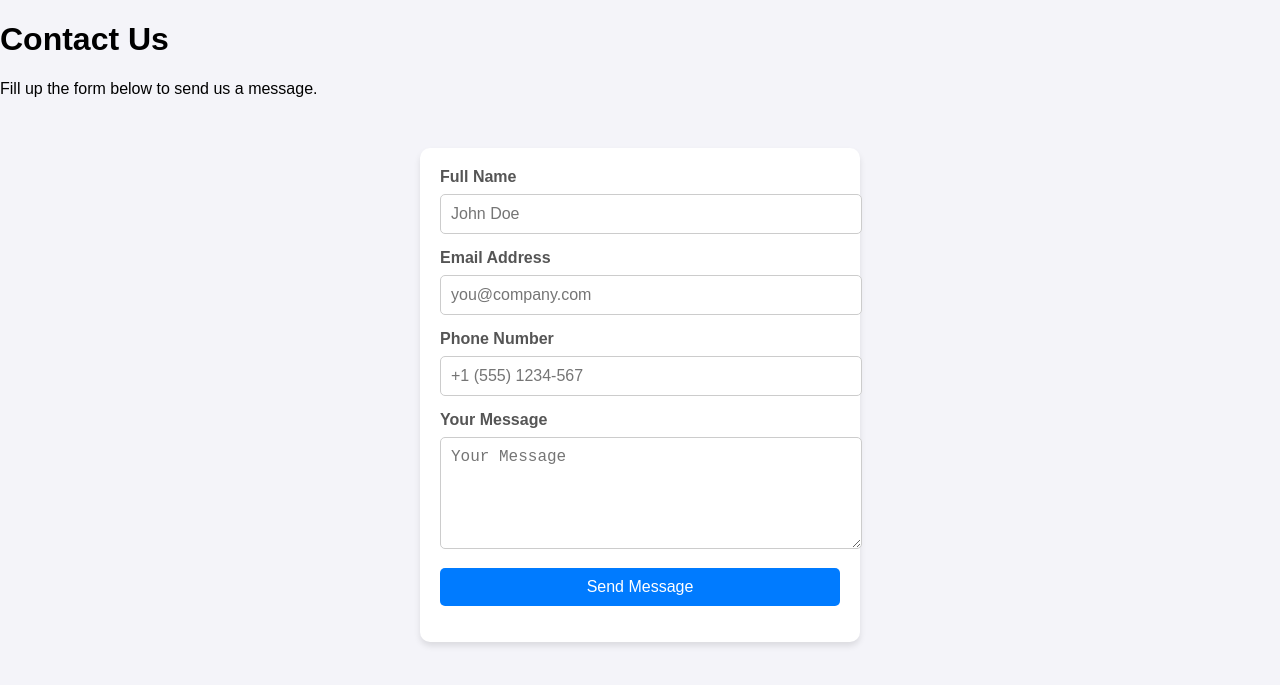
Repository: Gri-Griz/contact-form
Page: index.html
These files come from the project's save history. The page is drawn as it stood at one moment and after the next save; the edit follows.
The browser window is 1280 px wide. The pictures show the whole page.

Above is the page before, as saved 2024-11-19 00:24:43.

After the next save:
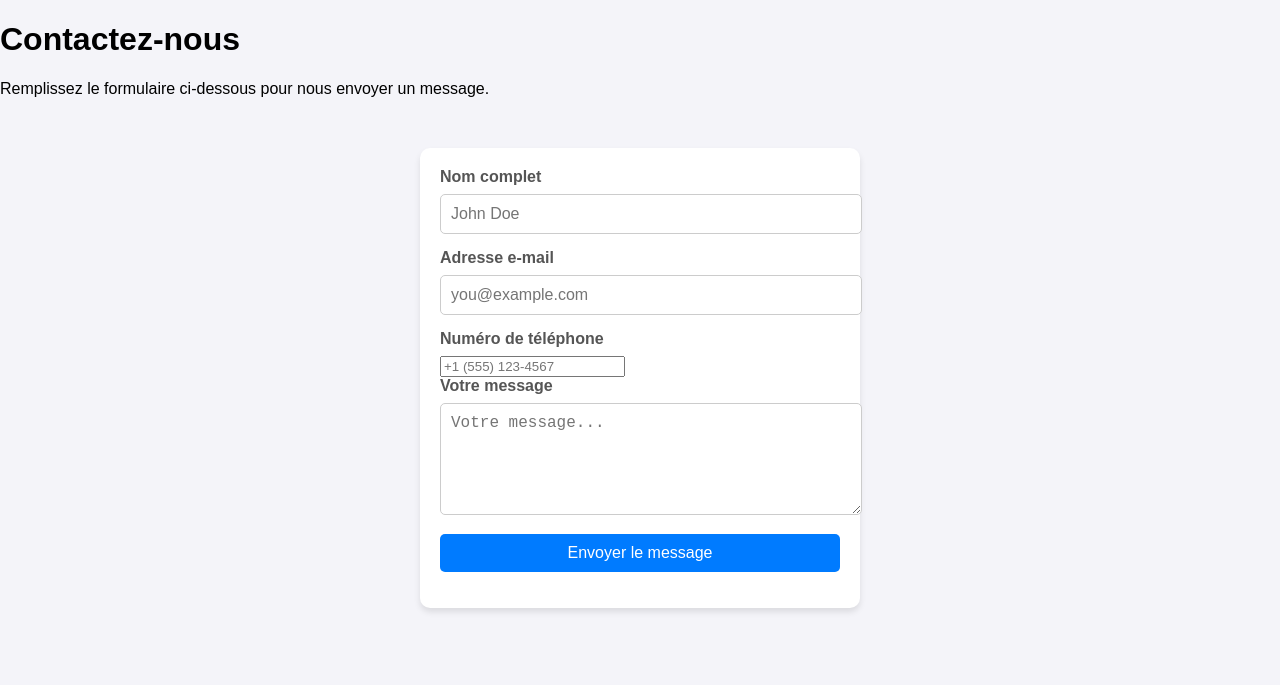
Saved 20 s later.
--- a/index.html
+++ b/index.html
@@ -4,54 +4,54 @@
     <meta charset="UTF-8">
     <meta name="viewport" content="width=device-width, initial-scale=1.0">
     <title>Contact Form</title>
-    <!-- Lien vers le fichier CSS -->
     <link rel="stylesheet" href="style.css">
 </head>
 <body>
     <div class="flex items-center min-h-screen bg-gray-900">
         <div class="container mx-auto">
-          <div class="max-w-md mx-auto my-10 bg-gray-800 p-5 rounded-md shadow-sm">
-            <div class="text-center">
-              <h1 class="my-3 text-3xl font-semibold text-gray-100">
-                Contact Us
-              </h1>
-              <p class="text-gray-400 dark:text-gray-400">
-                Fill up the form below to send us a message.
-              </p>
+            <div class="max-w-md mx-auto my-10 bg-gray-800 p-5 rounded-md shadow-sm">
+                <div class="text-center">
+                    <h1 class="my-3 text-3xl font-semibold text-gray-100">Contactez-nous</h1>
+                    <p class="text-gray-400">
+                        Remplissez le formulaire ci-dessous pour nous envoyer un message.
+                    </p>
+                </div>
+                <div class="m-7">
+                    <form action="https://api.web3forms.com/submit" method="POST" id="form">
+                        <input type="hidden" name="access_key" value="YOUR_ACCESS_KEY_HERE" />
+                        <input type="checkbox" name="botcheck" style="display: none;" />
+
+                        <div class="mb-6">
+                            <label for="name" class="block mb-2 text-sm text-gray-400">Nom complet</label>
+                            <input type="text" name="name" id="name" placeholder="John Doe" required class="w-full px-3 py-2 h-12 rounded-sm placeholder-gray-500 text-gray-900 bg-gray-100 text-sm focus:outline-none" />
+                        </div>
+
+                        <div class="mb-6">
+                            <label for="email" class="block mb-2 text-sm text-gray-400">Adresse e-mail</label>
+                            <input type="email" name="email" id="email" placeholder="you@example.com" required class="w-full px-3 py-2 h-12 rounded-sm placeholder-gray-500 text-gray-900 bg-gray-100 text-sm focus:outline-none" />
+                        </div>
+
+                        <div class="mb-6">
+                            <label for="phone" class="block mb-2 text-sm text-gray-400">Numéro de téléphone</label>
+                            <input type="tel" name="phone" id="phone" placeholder="+1 (555) 123-4567" class="w-full px-3 py-2 h-12 rounded-sm placeholder-gray-500 text-gray-900 bg-gray-100 text-sm focus:outline-none" />
+                        </div>
+
+                        <div class="mb-6">
+                            <label for="message" class="block mb-2 text-sm text-gray-400">Votre message</label>
+                            <textarea rows="5" name="message" id="message" placeholder="Votre message..." class="w-full px-3 py-2 rounded-sm placeholder-gray-500 text-gray-900 bg-gray-100 text-sm focus:outline-none" required></textarea>
+                        </div>
+
+                        <div class="mb-6">
+                            <button type="submit" class="w-full bg-indigo-600 text-white py-3 px-4 rounded-sm hover:bg-indigo-700 focus:outline-none">
+                                Envoyer le message
+                            </button>
+                        </div>
+                        <p class="text-base text-center text-gray-400" id="result"></p>
+                    </form>
+                </div>
             </div>
-            <div class="m-7">
-              <form action="https://formsubmit.co/agogriselda@gmail.com" method="POST" id="form">
-                <input type="hidden" name="access_key" value="YOUR_ACCESS_KEY_HERE" />
-                <input type="hidden" name="subject" value="New Submission from Web3Forms" />
-                <input type="checkbox" name="botcheck" id="" style="display: none;" />
-
-                <div class="mb-6">
-                  <label for="name" class="block mb-2 text-sm text-gray-400">Full Name</label>
-                  <input type="text" name="name" id="name" placeholder="John Doe" required class="w-full px-3 py-2 h-12 rounded-sm placeholder-gray-500 text-gray-900 bg-gray-100 text-sm focus:outline-none" />
-                </div>
-                <div class="mb-6">
-                  <label for="email" class="block mb-2 text-sm text-gray-400">Email Address</label>
-                  <input type="email" name="email" id="email" placeholder="you@company.com" required class="w-full px-3 py-2 h-12 rounded-sm placeholder-gray-500 text-gray-900 bg-gray-100 text-sm focus:outline-none" />
-                </div>
-                <div class="mb-6">
-                  <label for="phone" class="block mb-2 text-sm text-gray-400">Phone Number</label>
-                  <input type="text" name="phone" id="phone" placeholder="+1 (555) 1234-567" required class="w-full px-3 py-2 h-12 rounded-sm placeholder-gray-500 text-gray-900 bg-gray-100 text-sm focus:outline-none" />
-                </div>
-                <div class="mb-6">
-                  <label for="message" class="block mb-2 text-sm text-gray-400">Your Message</label>
-
-                  <textarea rows="5" name="message" id="message" placeholder="Your Message" class="w-full px-3 py-2 rounded-sm placeholder-gray-500 text-gray-900 bg-gray-100 text-sm focus:outline-none" required></textarea>
-                </div>
-                <div class="mb-6">
-                  <button type="submit" class="w-full bg-indigo-600 inline-block text-white no-underline hover:text-indigo-100 py-4 px-4 rounded-sm focus:outline-none">
-                    Send Message
-                  </button>
-                </div>
-                <p class="text-base text-center text-gray-400" id="result"></p>
-              </form>
-            </div>
-          </div>
         </div>
-      </div>
-    </body>
+    </div>
+    <script src="script.js"></script>
+</body>
 </html>
